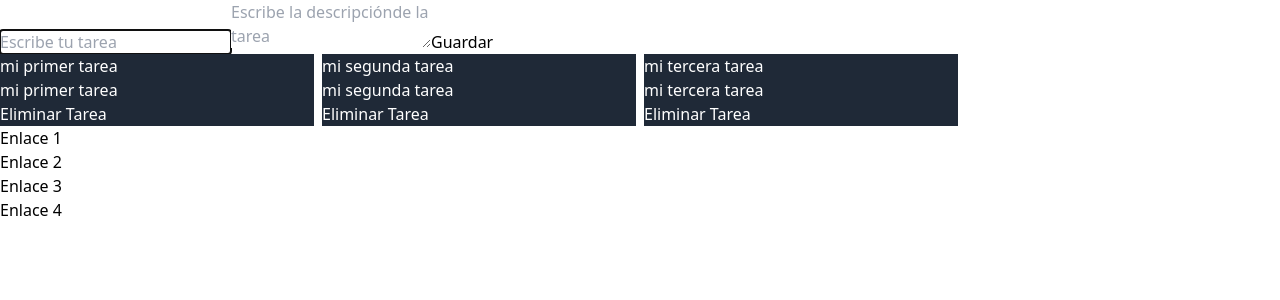
Repository: Ciromontes/AgendaTuTarea
Page: /
These files come from the project's save history. The page is drawn as it stood at one moment and after the next save; the edit follows.
The browser window is 1280 px wide. The pictures show the whole page.
The project was rebuilt for these pictures with package versions that can differ from the ones it lists, and the page was loaded fresh each time. Also part of the build but not shown: vite.config.js.

Above is the page before, as saved 2023-09-19 06:48:23.

### index.html
<!doctype html>
<html lang="en">
  <head>
    <meta charset="UTF-8" />
    <link rel="icon" type="image/svg+xml" href="/vite.svg" />
    <meta name="viewport" content="width=device-width, initial-scale=1.0" />
    <title>Vite + React</title>
  </head>
  <body>
    <div id="root"></div>

    <ul>
      <li><a href="">Enlace 1</a></li>
      <li><a href="">Enlace 2</a></li>
      <li><a href="">Enlace 3</a></li>
      <li><a href="">Enlace 4</a></li>
    </ul>
    <script type="module" src="/src/main.jsx"></script>
  </body>
</html>

### src/main.jsx
import React from 'react';
import ReactDOM from 'react-dom/client';
import App from './App';
import './index.css'
import { TaskContextProvider } from './context/TaskContext';

ReactDOM.createRoot(document.getElementById('root')).render(
  <React.StrictMode>
    <TaskContextProvider>
    <App />
    </TaskContextProvider>
  </React.StrictMode>
);

### src/App.jsx

import TaskList from './components/TaskList'
import TaskForm from './components/TaskForm'
function App() {
  return (
    <>
      <TaskForm/>
      <TaskList />
    </>
  )
}

export default App;

### src/context/TaskContext.jsx
import { createContext, useState, useEffect } from 'react'
import { tasks as data } from '../data/tasks'

export const TaskContext = createContext()
export function TaskContextProvider(props) {
    const [tasks, setTasks] = useState([]);

    function createTask(task) {
        setTasks([...tasks, {
            title: task.title,
            id: tasks.length,
            description: task.description
        }])
    }
    function deleteTask(taskId) {
        setTasks(tasks.filter(task => task.id !== taskId));
    }
    useEffect(() => {
        setTasks(data)
    }, []);

    return (
        <TaskContext.Provider value={{
            tasks,
            deleteTask,
            createTask
        }}>
            {props.children}
        </TaskContext.Provider>

    );
}

### src/components/TaskList.jsx
import TaskCard from "./TaskCard";
import { useContext } from "react";
import { TaskContext } from '../context/TaskContext';
function TaskList() {
  const { tasks } = useContext(TaskContext);


  if (tasks.length === 0) {
    return <h1>Noy hay tareas aún</h1>
  }


  return (
    <div className="grid grid-cols-4 gap-2">
      {tasks.map((task) => (
        <TaskCard key={task.id} task={task} />
      ))}

    </div>
  );
}

export default TaskList

### src/components/TaskForm.jsx
import { useState, useContext } from "react";
import {TaskContext} from '../context/TaskContext'

function TaskForm() {

    const [title, setTitle] = useState("");
    const [description, setDescription] = useState("");
    const {createTask} = useContext(TaskContext)

    const handleSubmit = (e) => {
        e.preventDefault();
        createTask({
            title,
            description
        });
        setTitle('')
        setDescription('')

    }

    return (
        <form onSubmit={handleSubmit}>
            <input
                placeholder="Escribe tu tarea"
                onChange={(e) => setTitle(e.target.value)}
                value = {title}
                autoFocus
            />
            <textarea placeholder="Escribe la descripciónde la tarea"
                onChange={(e) => setDescription(e.target.value)}
                value = {description}

            ></textarea>

            <button>
                Guardar
            </button>
        </form>
    );
}

export default TaskForm;

### src/data/tasks.js
export const tasks = [
    {
        id: 0,
        title: 'mi primer tarea',
        description: "mi primer tarea",

    },
    {
        id: 1,
        title: 'mi segunda tarea',
        description: "mi segunda tarea",

    }, {
        id: 2,
        title: 'mi tercera tarea',
        description: "mi tercera tarea",

    }
];

### src/components/TaskCard.jsx
import { useContext } from 'react';
import {TaskContext} from '../context/TaskContext';
function TaskCard({ task }) {
    const { deleteTask } =  useContext(TaskContext);
    return (

        <div className='bg-gray-800 text-white'>
            <h1>{task.title}</h1>
            <p>{task.description}</p>
            <button onClick={() => deleteTask(task.id)}>
                Eliminar Tarea
            </button>
        </div>

    );
}

export default TaskCard;

Loaded but not shown: src/index.css (common file); tailwind.config.js (common file)

After the next save:
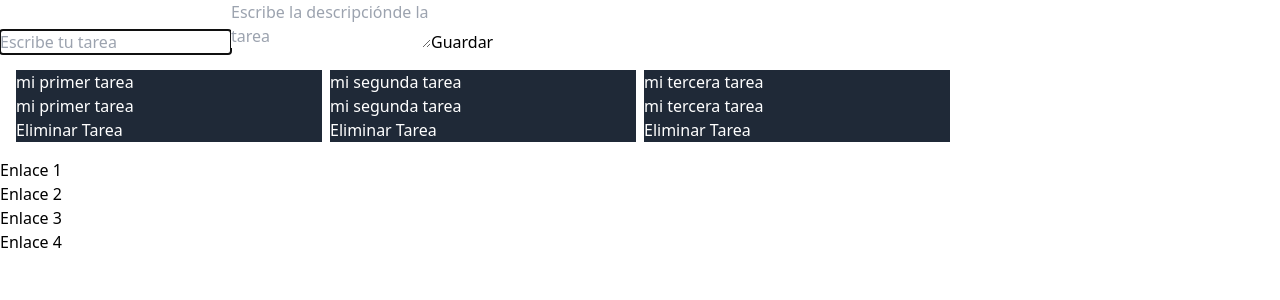
Saved 114 s later.
--- a/src/components/TaskList.jsx
+++ b/src/components/TaskList.jsx
@@ -11,7 +11,7 @@ function TaskList() {
 
 
   return (
-    <div className="grid grid-cols-4 gap-2">
+    <div className="grid grid-cols-4 gap-2 p-4">
       {tasks.map((task) => (
         <TaskCard key={task.id} task={task} />
       ))}
